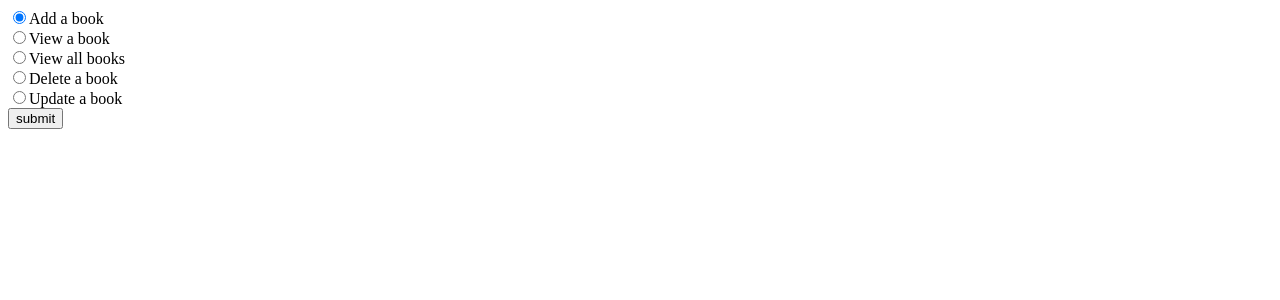
Repository: Saikumar6901/DBSTrainingModules
Page: http://localhost/Bookmanagement/example.jsp
The author's editor kept a copy of each file at every save. The page is drawn from the files as they stood at one save, then again after the next save.
The browser window is 1280 px wide. The pictures show the whole page.
The page is served by Tomcat 9.

Above is the page before, as saved 2019-08-15 08:56:59.

After the next save:
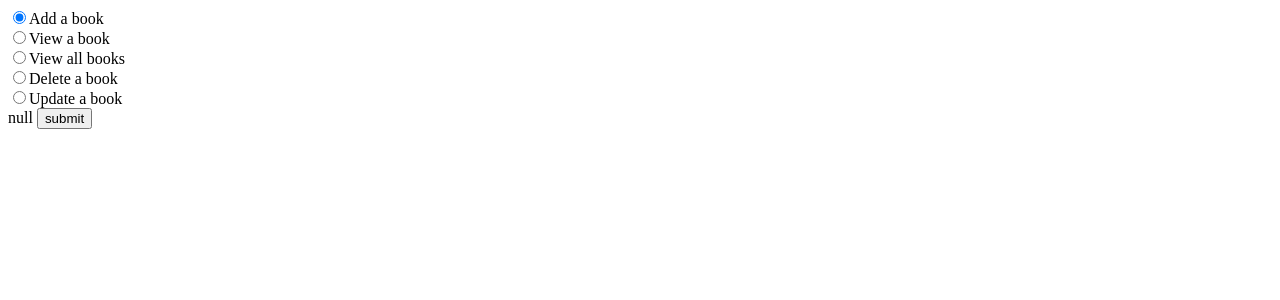
Saved 2 min 24 s later.
--- a/eclipse/Bookmanagement/WebContent/example.jsp
+++ b/eclipse/Bookmanagement/WebContent/example.jsp
@@ -14,6 +14,7 @@
 <input type="radio" name="bookdetails" value="viewall">View all books<br>
 <input type="radio" name="bookdetails" value="delete">Delete a book<br>
 <input type="radio" name="bookdetails" value="update">Update a book<br>
+<% out.println(request.getParameter("bookdetails")); %>
 <input type="submit" value="submit">
 </form>
 </body>
